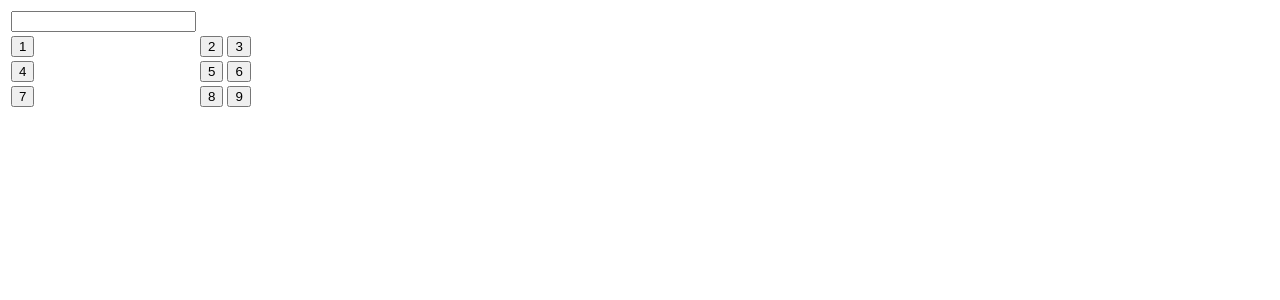
Repository: JungYOsup/Mini_project
Page: http://localhost/EsCape_Room/result_form.jsp
The author's editor kept a copy of each file at every save. The page is drawn from the files as they stood at one save, then again after a run of saves.
The browser window is 1280 px wide. The pictures show the whole page.
The page is served by Tomcat 9. Other server files are loaded and not shown.

Above is the page before, as saved 2018-01-15 08:44:04.

### EsCape_Room/WebContent/result_form.jsp
<!--- 페이지 디렉티브<%--  <%@page %> --%> : JSP페이지에 대한 설정 정보를 지정 -->
<!--인코딩은 UTF-8이고 , html이다.  -->
<!--이렇게 3가지를 구성해줘야지 한글이 안깨짐  -->
<%@ page language="java" contentType="text/html; charset=UTF-8"%>
<%
	request.setCharacterEncoding("utf-8");
%>
<%
	response.setContentType("text/html; charset=UTF-8");
%>

<!-- <!DOCTYPE html PUBLIC "-//W3C//DTD HTML 4.01 Transitional//EN" "http://www.w3.org/TR/html4/loose.dtd"> HTML4버전     -->
<!DOCTYPE html>
<!--HTML5로 버전을 지정해줌 -->

<html>
<head>
<script type="text/javascript"
	src="http://code.jquery.com/jquery-latest.js"></script>

<script type="text/javascript">
	function inputText(number) {

		$("input[name=text]").val(number);

	}
</script>
<meta http-equiv="Content-Type" content="text/html; charset=UTF-8">
<title>Insert title here</title>
</head>
<body>
	<table>
		<tr>
			<td><input type="text" name="text"></td>
		</tr>

		<tr>
			<td><input type="button" value="1"
				onclick="inputText(this.value)"></td>
			<td><input type="button" value="2"></td>
			<td><input type="button" value="3"></td>
		</tr>
		<tr>
			<td><input type="button" value="4"></td>
			<td><input type="button" value="5"></td>
			<td><input type="button" value="6"></td>
		</tr>
		<tr>
			<td><input type="button" value="7"></td>
			<td><input type="button" value="8"></td>
			<td><input type="button" value="9"></td>
		</tr>




	</table>

</body>
</html>

After the next 2 saves:
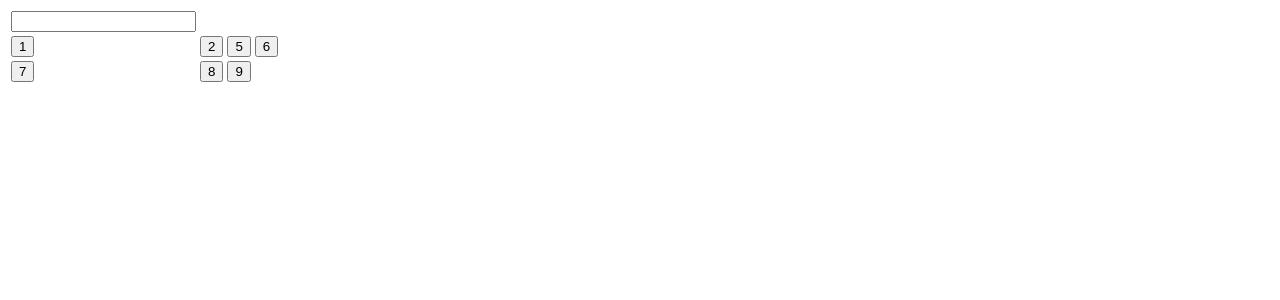
Console error (its wording comes from the project's code and is left out).
The 2 saves are shown as one change because they came seconds apart.
The last was saved 27 s later.
--- a/EsCape_Room/WebContent/result_form.jsp
+++ b/EsCape_Room/WebContent/result_form.jsp
@@ -37,8 +37,8 @@
 		<tr>
 			<td><input type="button" value="1"
 				onclick="inputText(this.value)"></td>
-			<td><input type="button" value="2"></td>
-			<td><input type="button" value="3"></td>
+			<td><input type="button" value="2" onclick="inputText(this.value)></td>
+			<td><input type="button" value="3" onclick="inputText(this.value)></td>
 		</tr>
 		<tr>
 			<td><input type="button" value="4"></td>

After the save that followed:
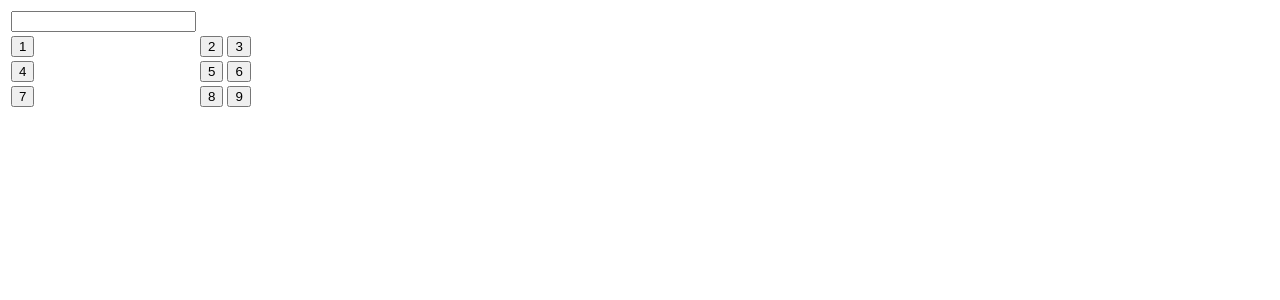
The error is gone.
Saved 4 s later.
--- a/EsCape_Room/WebContent/result_form.jsp
+++ b/EsCape_Room/WebContent/result_form.jsp
@@ -37,8 +37,8 @@
 		<tr>
 			<td><input type="button" value="1"
 				onclick="inputText(this.value)"></td>
-			<td><input type="button" value="2" onclick="inputText(this.value)></td>
-			<td><input type="button" value="3" onclick="inputText(this.value)></td>
+			<td><input type="button" value="2" ></td>
+			<td><input type="button" value="3"></td>
 		</tr>
 		<tr>
 			<td><input type="button" value="4"></td>
